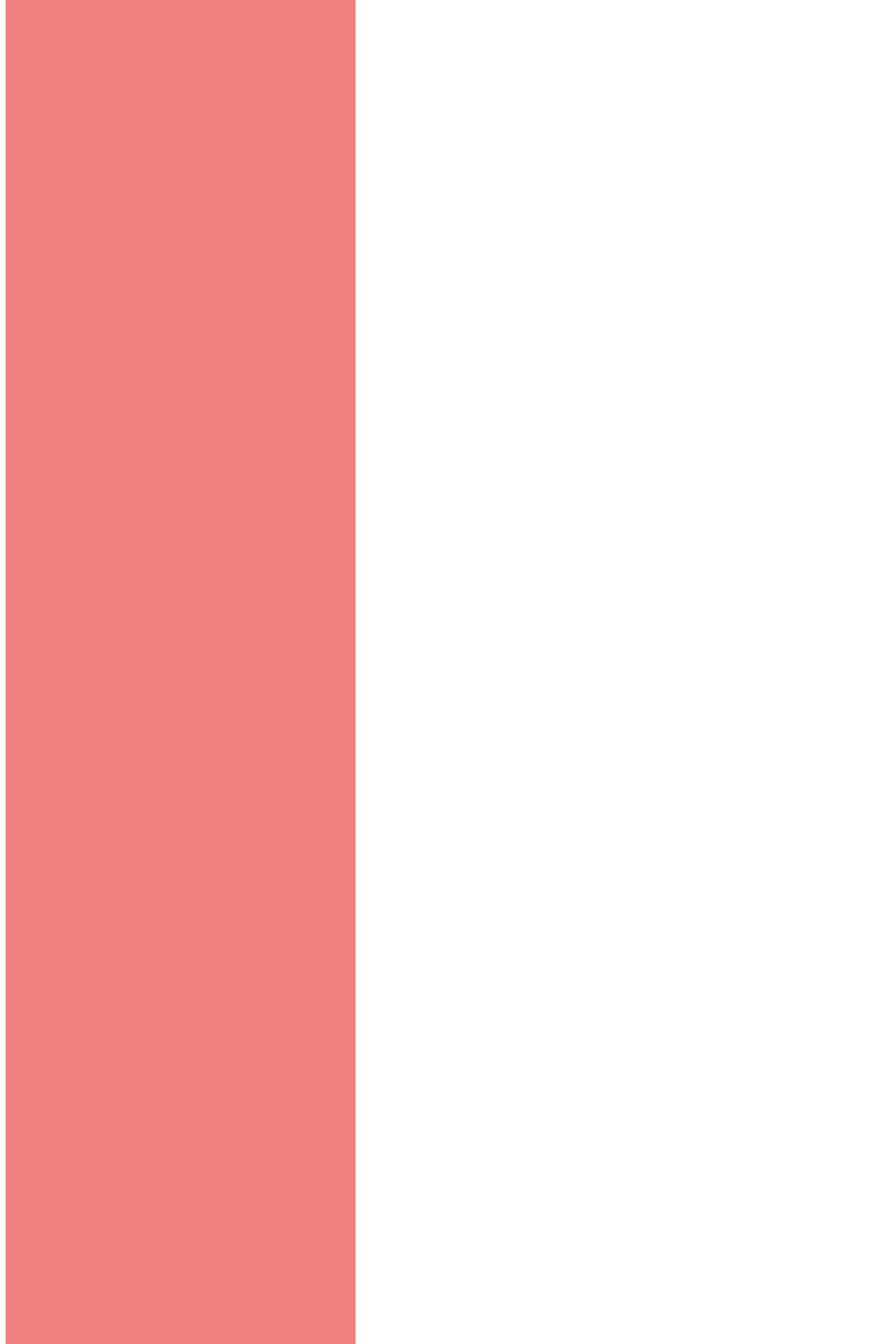
Repository: chsvk/Vue-JS-Course
Page: /
These files come from the project's save history. The page is drawn as it stood at one moment and after the next save; the edit follows.
The browser window is 1280 px wide. The pictures show the part of the page from y = 310 to 2230 px (the page is 2568 px tall), at 70% of full size.
The project was rebuilt for these pictures with package versions that can differ from the ones it lists, and the page was loaded fresh each time. Also part of the build but not shown: src/components/HelloWorld.vue.

Above is the page before, as saved 2019-03-12 18:43:12.

After the next save:
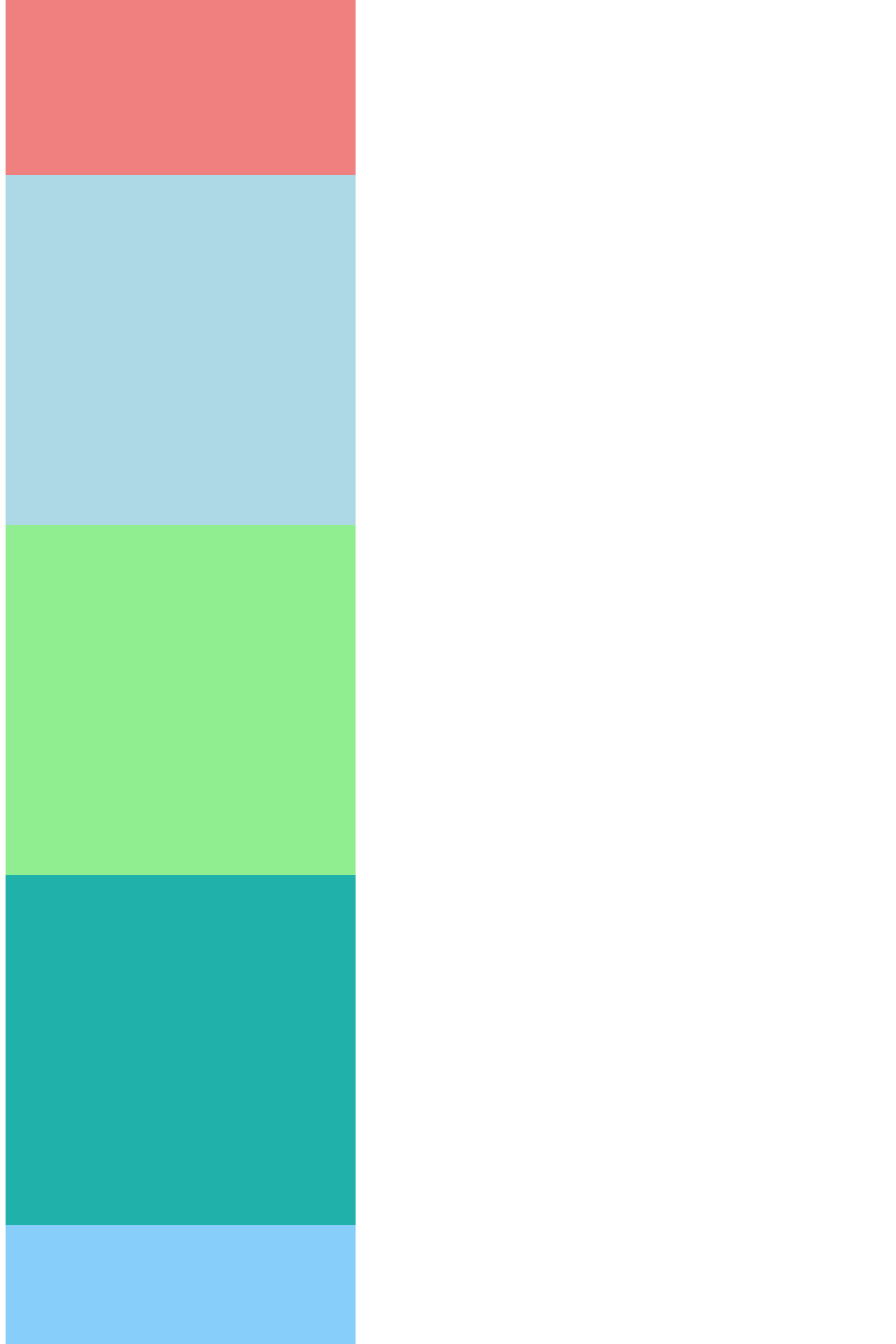
Saved 2 min 48 s later.
--- a/src/App.vue
+++ b/src/App.vue
@@ -1,18 +1,18 @@
 <template>
   <div id="app">
-    <div @mouseup="mouseEvent()" class="mouse">
+    <div @mouseup="mouseup()" class="mouse">
 
     </div>
-    <div @mouseup="mouseEvent()" class="mouse">
+    <div @mousedown="mousedown()" class="mouse_one">
 
     </div>
-    <div @mouseup="mouseEvent()" class="mouse">
+    <div @mouseenter="mouseenter()" class="mouse_two">
 
     </div>
-    <div @mouseup="mouseEvent()" class="mouse">
+    <div @mouseleave="mouseleave()" class="mouse_three">
 
     </div>
-    <div @mouseup="mouseEvent()" class="mouse">
+    <div @mousemove="mousemove()" class="mouse_four">
 
     </div>
   </div>
@@ -29,9 +29,22 @@
     }
   },
   methods: {
-    mouseEvent(){
+    mouseup(){
       console.log('Mouse up')
+    },
+    mousedown(){
+      console.log('Mouse down')
+    },
+    mouseenter(){
+      console.log("Mouse Enter")
+    },
+    mouseleave(){
+      console.log('Mouse Leave')
+    },
+    mousemove(){
+      console.log('Mouse Moved')
     }
+
   }
 
 }
@@ -51,5 +64,25 @@
     width: 500px;
     background: lightcoral;
   }
+  .mouse_one{
+    height: 500px;
+    width: 500px;
+    background: lightblue;
+  }
+  .mouse_two{
+    height: 500px;
+    width: 500px;
+    background: lightgreen;
+  }
+  .mouse_three{
+    height: 500px;
+    width: 500px;
+    background: lightseagreen;
+  }
+  .mouse_four{
+    height: 500px;
+    width: 500px;
+    background: lightskyblue;
+  }
 }
 </style>
